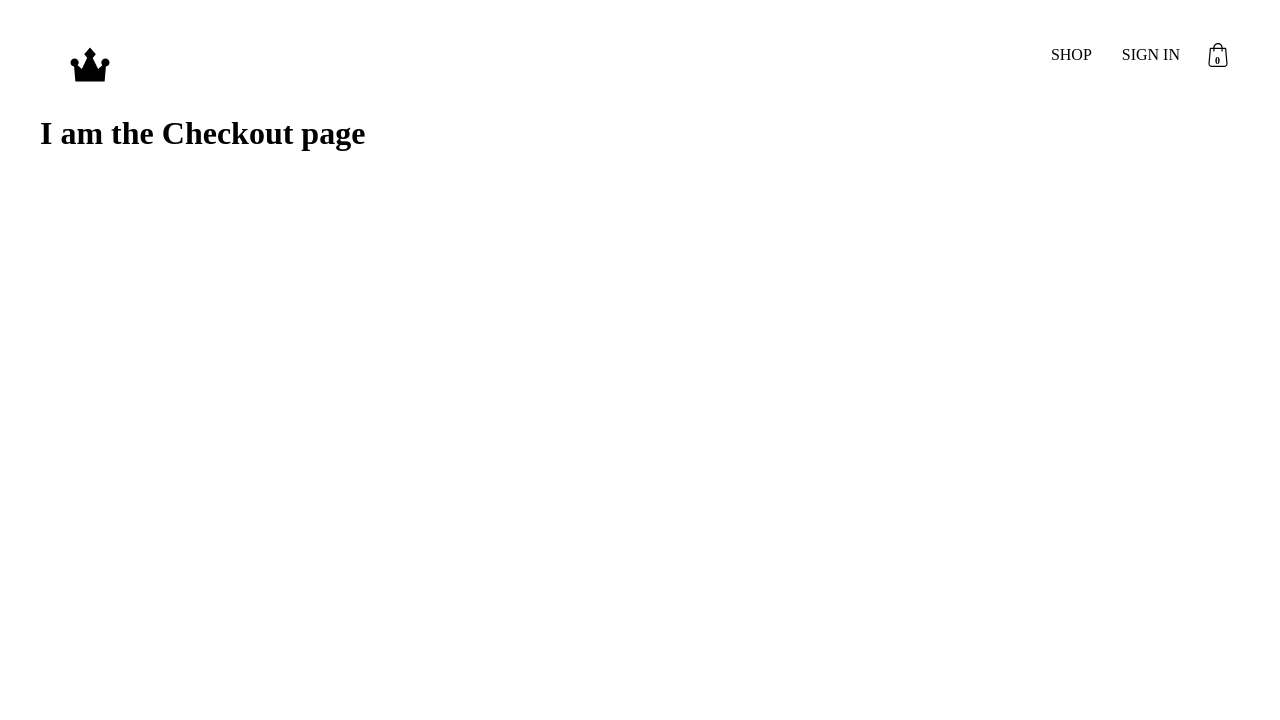
Repository: Chadi2000/crwn-clothing
Page: /checkout
The author's editor kept a copy of each file at every save. The page is drawn from the files as they stood at one save, then again after the next save.
The browser window is 1280 px wide. The pictures show the whole page.
The project was rebuilt for these pictures with package versions that can differ from the ones it lists, and the page was loaded fresh each time. Also part of the build but not shown: src/categories.styles.scss, src/components/category-item/category-item.styles.scss, src/components/category-item/category-item.component.jsx, src/components/directory/directory.styles.scss, src/components/directory/directory.component.js, src/routes/home/home.component.jsx, src/components/cart-item/cart-item.styles.scss, src/components/cart-item/cart-item.component.jsx and 16 more.

Above is the page before, as saved 2024-02-18 20:49:16.

### public/index.html
<!DOCTYPE html>
<html lang="en">
  <head>
    <meta charset="utf-8" />
    <link rel="icon" href="%PUBLIC_URL%/favicon.ico" />
    <meta name="viewport" content="width=device-width, initial-scale=1" />
    <meta name="theme-color" content="#000000" />
    <meta
      name="description"
      content="Web site created using create-react-app"
    />
    <link rel="apple-touch-icon" href="%PUBLIC_URL%/logo192.png" />
    <link rel="preconnect" href="https://fonts.googleapis.com">
    <link rel="preconnect" href="https://fonts.gstatic.com" crossorigin>
    <link
    href="https://fonts.googleapis.com/css2?family=Open+Sans:ital,wght@0,300..800;1,300..800&family=Roboto:wght@300&display=swap"
    rel="stylesheet">
    <!--
      manifest.json provides metadata used when your web app is installed on a
      user's mobile device or desktop. See https://developers.google.com/web/fundamentals/web-app-manifest/
    -->
    <link rel="manifest" href="%PUBLIC_URL%/manifest.json" />
    <!--
      Notice the use of %PUBLIC_URL% in the tags above.
      It will be replaced with the URL of the `public` folder during the build.
      Only files inside the `public` folder can be referenced from the HTML.

      Unlike "/favicon.ico" or "favicon.ico", "%PUBLIC_URL%/favicon.ico" will
      work correctly both with client-side routing and a non-root public URL.
      Learn how to configure a non-root public URL by running `npm run build`.
    -->
    <title>React App</title>
  </head>
  <body>
    <noscript>You need to enable JavaScript to run this app.</noscript>
    <div id="root"></div>
    <!--
      This HTML file is a template.
      If you open it directly in the browser, you will see an empty page.

      You can add webfonts, meta tags, or analytics to this file.
      The build step will place the bundled scripts into the <body> tag.

      To begin the development, run `npm start` or `yarn start`.
      To create a production bundle, use `npm run build` or `yarn build`.
    -->
  </body>
</html>

### src/index.js
import React from 'react';
import ReactDOM from 'react-dom/client';
import './index.scss';
import App from './App';
import reportWebVitals from './reportWebVitals';
import { BrowserRouter } from 'react-router-dom';
import { UserProvider } from './contexts/user.context';
import { ProductProvider } from './contexts/products.context';
import { CartProvider } from './contexts/cart.context';

const root = ReactDOM.createRoot(document.getElementById('root'));
root.render(
  <React.StrictMode>
    <BrowserRouter>
      <UserProvider>
        <ProductProvider>
          <CartProvider>
            <App />
          </CartProvider>
        </ProductProvider>
      </UserProvider>
    </BrowserRouter>
  </React.StrictMode>
);

// If you want to start measuring performance in your app, pass a function
// to log results (for example: reportWebVitals(console.log))
// or send to an analytics endpoint. Learn more: https://bit.ly/CRA-vitals
reportWebVitals();

### src/index.scss
body {
  margin: 0;
  padding: 20px 40px;
  font-family: 'Open Sans'
    sans-serif;
    font-weight: 300 800;
  font-stretch: 100%;
  font-display: swap;
  -webkit-font-smoothing: antialiased;
  -moz-osx-font-smoothing: grayscale;
}

code {
  font-family: source-code-pro, Menlo, Monaco, Consolas, 'Courier New',
    monospace;
}

a{
  text-decoration: none;
  color: black;
}

* {
  box-sizing: border-box;
}

### src/App.js
import './categories.styles.scss';
import { Outlet } from 'react-router-dom';
import Directory from './components/directory/directory.component';
import Home from './routes/home/home.component';
import { Routes, Route } from 'react-router-dom';
import Navigation from './routes/navigation/navigation.component';
import Authentication from './routes/authentication/authentication.component';
import Shop from './routes/shop/shop.component';
import Checkout from './routes/checkout/checkout.component';




const App = () => {


 return(
  <Routes>
    <Route path='/' element={<Navigation />}>
      <Route path='/' element={<Home />} />
      <Route path='shop' element={<Shop/>} />
      <Route path='/auth' element= {<Authentication />} />
      <Route path='/checkout' element={<Checkout />} />

    </Route>

  </Routes>
 );
}

export default App;

### src/contexts/user.context.jsx
import { createContext, useState, useEffect  } from "react";
import { createUserDocumentFromAuth, onAuthStateChangedListener } from "../utils/firebase/firebase.utils";

//as the actual value you want to access
export const  UserContext = createContext({
    currentUser:null,
    setCurrentUser: () => null
});

export const UserProvider = ({ children}) =>{
    const [currentUser, setCurrentUser] = useState(null);
    const value = {currentUser, setCurrentUser };

    useEffect(()=>{
        const unsubscribe = onAuthStateChangedListener((user) =>{
            if(user){
                createUserDocumentFromAuth(user);
            }
            setCurrentUser(user);
        });

        return unsubscribe;
    },[]);

    return <UserContext.Provider value={value}>
        {children}
    </UserContext.Provider>
}

### src/contexts/products.context.jsx
import { createContext, useState } from "react";

import PRODUCTS from '../shop-data.json'

export const ProductsContext = createContext({
    products:[]
});

export const ProductProvider = ({children}) =>{
    const [products, setProducts] = useState(PRODUCTS);
    const value = {products};
    return (

        <ProductsContext.Provider value={value}>
            {children}
        </ProductsContext.Provider>
    )
}

### src/contexts/cart.context.jsx
import { createContext, useState, useEffect } from "react";
import CartItem from "../components/cart-item/cart-item.component";

const addCartItem= (cartItems, productToAdd) =>{
    const existingCartItem = cartItems.find((cartItem)=>
        cartItem.id === productToAdd.id
    )

    if(existingCartItem){
        return cartItems.map((cartItem) =>
        cartItem.id === productToAdd.id ?
        {...cartItem, quantity: cartItem.quantity + 1}
        : cartItem
        );
    }

    return [ ...cartItems, {...productToAdd, quantity:1}];
}
const removeCartItem = (cartItems, cartItemToRemove) => {
    const existingCartItem = cartItems.find((cartItem)=>
    cartItem.id === cartItemToRemove.id);

    if(existingCartItem.quantity === 1){
        return cartItems.filter((cartItem)=>
            cartItem.id != cartItemToRemove.id
        );
    }
    return cartItems.map((cartItem)=>
    cartItem.id === cartItemToRemove.id ?
    {...cartItem, quantity: cartItem.quantity -1}
    : cartItem
)
}

export const CartContext = createContext({
    isCartOpen: false,
    setIsCartOpen: () =>{},
    cartItems:[],
    addItemToCart: () =>{},
    removeCartItem: () =>{},
    cartCount: 0
})

export const CartProvider = ({children}) =>{
    const [isCartOpen, setIsCartOpen] = useState(false);
    const [cartItems, setCartItems] = useState([]);
    const [cartCount, setCartCount] = useState(0);

    useEffect(()=>{
        const newCartCount = cartItems.reduce((total, cartItem)=>
        total+ cartItem.quantity,0)
        setCartCount(newCartCount);
    },[cartItems])

    const addItemToCart = (productToAdd) =>{
        setCartItems(addCartItem(cartItems, productToAdd))
    }

    const removeItemFromCart = (cartItemToRemove) =>{
        setCartItems(removeCartItem(cartItems, cartItemToRemove))
    }




    const value = {isCartOpen, setIsCartOpen, addItemToCart, removeItemFromCart,cartItems, cartCount}

    return (
        <CartContext.Provider value={value}>
            {children}
        </CartContext.Provider>
    )
}

### src/routes/navigation/navigation.component.jsx
import { Outlet, Link } from "react-router-dom"
import { Fragment, useContext } from "react";
import { ReactComponent as CrwnLogo } from "../../assets/crown.svg";
import './navigation.styles.scss';
import { UserContext } from "../../contexts/user.context";
import { CartContext } from "../../contexts/cart.context";
import { signOutUser } from "../../utils/firebase/firebase.utils";
import CartIcon from "../../components/cart-icon/cart-icon.component";
import CartDropdown from "../../components/cart-dropdown/cart-dropdown.component";

const Navigation = () =>{
  const { currentUser } = useContext(UserContext);
  const { isCartOpen } = useContext(CartContext);

    return (
      <Fragment>
        <div className="navigation">
            <Link className="logo-container" to='/'>
                <CrwnLogo />
            </Link>

          <div className="nav-links-container">
            <Link className="nav-link"  to='/shop'>
                SHOP
            </Link>
            {
              currentUser ? (
                <span className='nav-link' onClick={signOutUser}> SIGN OUT</span>
               ) : (<Link className="nav-link"  to='/auth'>
                SIGN IN
            </Link>
              )}
              <CartIcon />
          </div>
          {isCartOpen && <CartDropdown />}
        </div>
        <Outlet />
      </Fragment>
    )
  }

  export default Navigation;

### src/routes/checkout/checkout.component.jsx
import { useContext } from 'react';
import { CartContext } from '../../contexts/cart.context';

import './checkout.styles.scss';

const Checkout = () =>{
    const {cartItems, addItemToCart, removeItemFromCart} = useContext(CartContext)
    return (
        <div>
            <h1>I am the Checkout page</h1>
            <div>
                {
                    cartItems.map((cartItem)=>{
                        const { id, name, quantity }  = cartItem;
                        return  <div key={id}>
                                <h2>{name}</h2>
                                <span>{quantity}</span> <br/>
                                <span onClick={()=>removeItemFromCart(cartItem)} >decrement</span><br/>
                                <span onClick={()=>addItemToCart(cartItem)}>increment</span>
                            </div>
                    })
                }
            </div>
        </div>
    )
}

export default Checkout;

### src/utils/firebase/firebase.utils.js
import {initializeApp} from 'firebase/app';
import {
     getAuth,
     signInWithRedirect,
     signInWithPopup,
     GoogleAuthProvider,
     createUserWithEmailAndPassword,
     signInWithEmailAndPassword,
     signOut,
     onAuthStateChanged
    } from 'firebase/auth';

import {
    getFirestore,
    doc,
    getDoc,
    setDoc
}  from'firebase/firestore'

const firebaseConfig = {
    apiKey: "AIzaSyCFm4naOY8EzymqmFzu3h2__lM1anMpCoU",
    authDomain: "crwn-clothing-db-ab0ad.firebaseapp.com",
    projectId: "crwn-clothing-db-ab0ad",
    storageBucket: "crwn-clothing-db-ab0ad.appspot.com",
    messagingSenderId: "89349111223",
    appId: "1:89349111223:web:714444d59a5d8bfdf53c32"
  };

  // Initialize Firebase
  const firebaseApp = initializeApp(firebaseConfig);
  const googleProvider = new GoogleAuthProvider();

  googleProvider.setCustomParameters({
    prompt: "select_account"
  })

  export const auth = getAuth();
  export const signInWithGooglePopup = () =>
   signInWithPopup(auth, googleProvider);
  export const signInWithGoogleRedirect =()=>
   signInWithRedirect(auth, googleProvider)

  export const db = getFirestore();
  export const createUserDocumentFromAuth = async (
    userAuth,
    additionalInformation={}
    )=>{
    if(!userAuth) return ;
    const userDocRef = doc(db,'users',userAuth.uid )

    console.log(userDocRef);

    const userSnapshot = await getDoc(userDocRef);
    console.log(userSnapshot);
    console.log(userSnapshot.exists());

    if(!userSnapshot.exists()){
        const {displayName , email} = userAuth;
        const createdAt = new Date();

        try{
            await setDoc(userDocRef, {
                displayName,
                email,
                createdAt,
                ...additionalInformation
            })
        }catch(error){
            console.log('error creating the user', error.message)
        }
    }

    return userDocRef;
  }

  export const createAuthUserWithEmailAndPassword = async (email, password)=>{
    if(!email || !password) return;
    return await createUserWithEmailAndPassword(auth, email, password)
  };

  export const signInAuthUserWithEmailAndPassword = async (email, password)=>{
    if(!email || !password) return;
    return await signInWithEmailAndPassword(auth, email, password)
  };

  export const signOutUser = async () => await signOut(auth);

  export const onAuthStateChangedListener = (callback)=>
    onAuthStateChanged(auth, callback);

### src/shop-data.json
[
    {
        "id":1,
        "name":"Brown Brim",
        "imageURL":"https://i.ibb.co/ZYW3VTp/brown-brim.png",
        "price": 25
    },
    {
        "id":2,
        "name":"Blue Beanie",
        "imageURL":"https://i.ibb.co/ypkgK0X/blue-beanie.png",
        "price": 18
    },
    {
        "id":3,
        "name":"Brown Cowboy",
        "imageURL":"https://i.ibb.co/QdJwgmp/brown-cowboy.png",
        "price": 25
    },
    {
        "id":4,
        "name":"Grey Brim",
        "imageURL":"https://i.ibb.co/RjBLWxB/grey-brim.png",
        "price": 35
    },
    {
        "id":5,
        "name":"Green Beanie",
        "imageURL":"https://i.ibb.co/YTjW3vF/green-beanie.png",
        "price": 18
    },
    {
        "id":6,
        "name":"Palm Tree Cap",
        "imageURL":"https://i.ibb.co/rKBDvJX/palm-tree-cap.png",
        "price": 14
    },
    {
        "id":7,
        "name":"Red Beanie",
        "imageURL":"https://i.ibb.co/bLB646Z/red-beanie.png",
        "price": 18
    },
    {
        "id":8,
        "name":"Wolf Cap",
        "imageURL":"https://i.ibb.co/1f2nWMM/wolf-cap.png",
        "price": 14
    },
    {
        "id":9,
        "name":"Blue Snapback",
        "imageURL":"https://i.ibb.co/X2VJP2W/blue-snapback.png",
        "price": 16
    }



]

### src/routes/navigation/navigation.styles.scss
.navigation{
    height: 70px;
    width: 100%;
    display: flex;
    justify-content: space-between;
    margin-bottom: 25px;

    .logo-container{
        height: 100%;
        width: 70px;
        padding: 25px;
        -webkit-box-align: center;
        align-items: center;
        justify-content: center;
    }
    .nav-links-container{
        width: 50%;
        height: 100%;
        -webkit-box-align: center;
        align-items: center;
        -webkit-box-pack: end;
        display: flex;
        justify-content: flex-end;
        .nav-link{
            padding: 10px 15px;
            cursor: pointer;
        }
    }


}

### src/components/cart-icon/cart-icon.component.jsx
import './cart-icon.styles.scss';
import { useContext } from 'react';
import {ReactComponent as ShoppingIcon} from '../../assets/shopping-bag.svg'
import { CartContext } from '../../contexts/cart.context';
import CartItem from '../cart-item/cart-item.component';

const CartIcon = ()=> {
    const { isCartOpen , setIsCartOpen, cartCount } = useContext( CartContext );


    const toggleIsCartOpen = () => setIsCartOpen(!isCartOpen);


    return (
        <div className='cart-icon-container' onClick={toggleIsCartOpen} >
            <ShoppingIcon className='shopping-icon' />
            <span className='item-count'>{cartCount}</span>
        </div>
    )
}

export default CartIcon;

### src/components/cart-icon/cart-icon.styles.scss
.cart-icon-container{
    width: 45px;
    height: 45px;
    position: relative;
    display: flex;
    align-items: center;
    justify-content: center;
    cursor: pointer;

    .shopping-icon{
        height: 24px;
        width: 24px;
    }

    .item-count{
        position: absolute;
        font-size: 10px;
        font-weight: bold;
        bottom: 12px;
    }
}

### src/routes/checkout/checkout.styles.scss
.checkout-container{
    width: 55%;
    min-height: 90vh;
    display: flex;
    flex-direction: column;
    align-items: center;
    margin: 50px auto 0;
}

Loaded but not shown: src/reportWebVitals.js (common file)

After the next save:
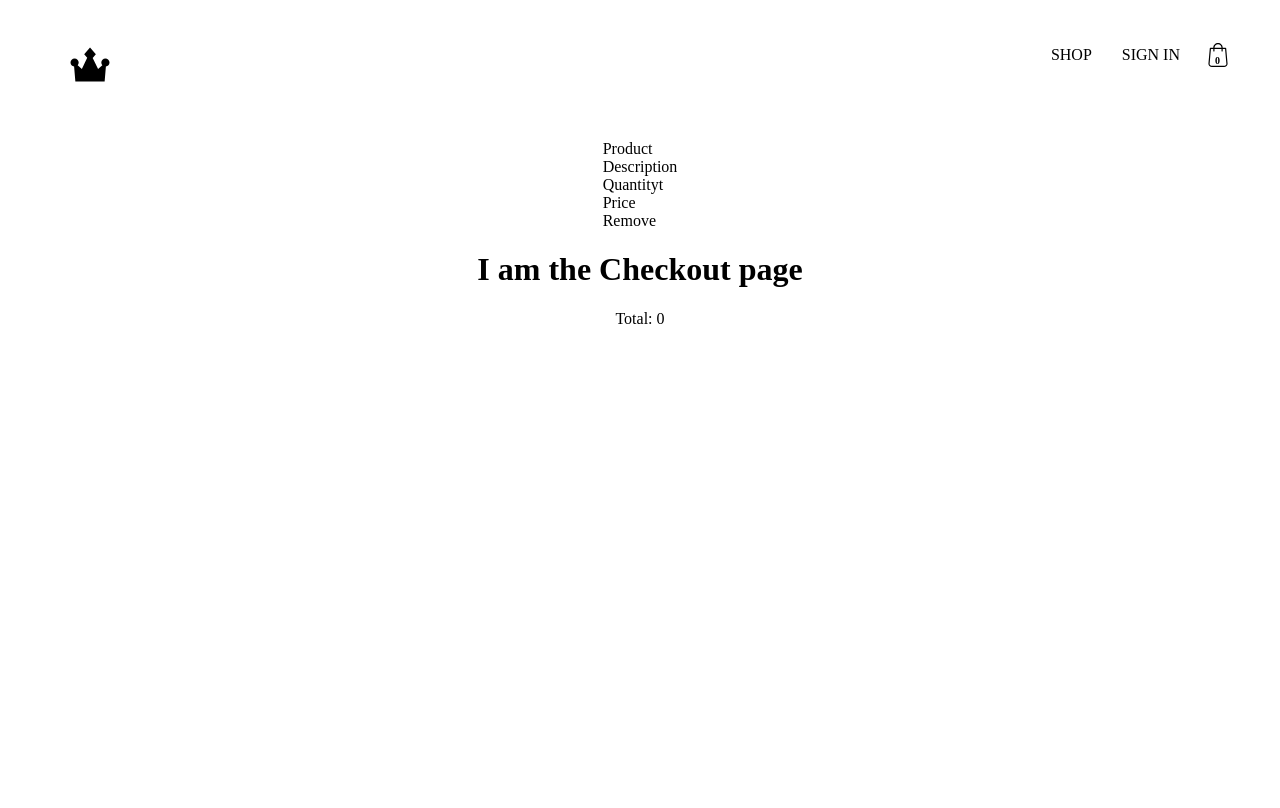
Saved 2 s later.
--- a/src/routes/checkout/checkout.component.jsx
+++ b/src/routes/checkout/checkout.component.jsx
@@ -6,9 +6,26 @@ import './checkout.styles.scss';
 const Checkout = () =>{
     const {cartItems, addItemToCart, removeItemFromCart} = useContext(CartContext)
     return (
-        <div>
+        <div className='checkout-container'>
+            <div className='checkout-header'>
+                <div className='header-block'>
+                    <span>Product</span>
+                </div>
+                <div className='header-block'>
+                    <span>Description</span>
+                </div>
+                <div className='header-block'>
+                    <span>Quantityt</span>
+                </div>
+                <div className='header-block'>
+                    <span>Price</span>
+                </div>
+                <div className='header-block'>
+                    <span>Remove</span>
+                </div>
+            </div>
             <h1>I am the Checkout page</h1>
-            <div>
+
                 {
                     cartItems.map((cartItem)=>{
                         const { id, name, quantity }  = cartItem;
@@ -20,7 +37,8 @@ const Checkout = () =>{
                             </div>
                     })
                 }
-            </div>
+
+            <span className='Total'>Total: 0</span>
         </div>
     )
 }
